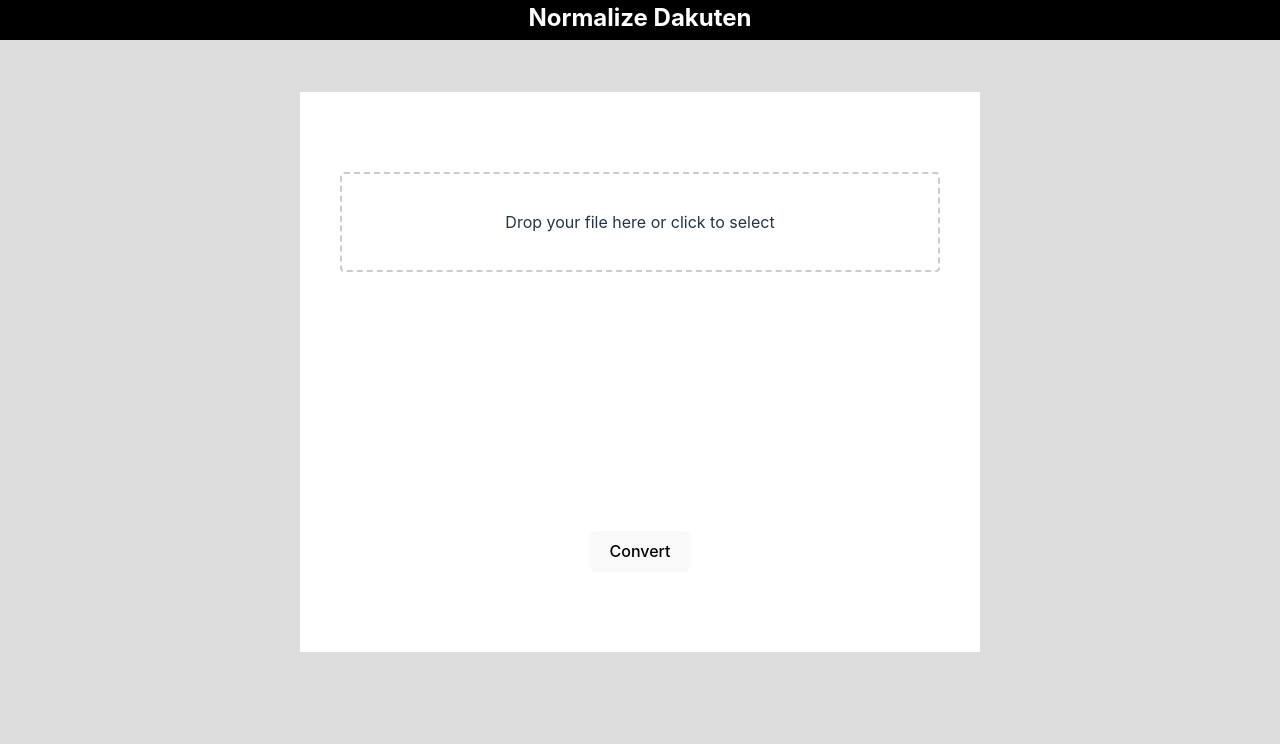
Repository: CatHandsService/normalize_dakuten
Page: / (app in front/)
The author's editor kept a copy of each file at every save. The page is drawn from the files as they stood at one save, then again after the next save.
The browser window is 1280 px wide. The pictures show the whole page.
The project was rebuilt for these pictures with package versions that can differ from the ones it lists, and the page was loaded fresh each time. Also part of the build but not shown: front/vite.config.ts.

Above is the page before, as saved 2024-01-27 16:17:58.

### front/src/App.tsx
import './App.css'
import { Header } from "./components/Header"
import { ImportFile } from "./components/ImportFile"
import { Convert } from "./components/Convert"

function App() {

  return (
    <div className="main">
      <Header />
      <div className="container">
        <ImportFile />
        <Convert />
      </div>
    </div>
  )
}

export default App

### front/src/App.css
#root {
  max-width: 1280px;
  margin: 0 auto;
  padding: 2rem;
  text-align: center;
}

body {
  background-color: #ddd;
}

.header {
  width: 100%;
  height: 40px;
  background-color: #000;
  color: #fff;
  font-size: 24px;
  font-weight: bold;
  text-align: center;
  position: fixed;
  left: 0;
  top: 0;
}
.container {
  width: 600px;
  height: 400px;
  margin: 60px auto;
  padding: 80px 40px;
  background-color: #fff;
  display: flex;
  flex-direction: column;
  justify-content: space-between;
}

.inputField {
  width: 400px;
  height: 300px;
}
.hr {
  width: 100%;
  border: 1px solid #ddd;
  border-color: #ddd;
}

### front/src/components/Header.tsx
import '../App.css'

export const Header = () => {
  return (
    <div className="header">
      Normalize Dakuten
    </div>
  )
}

### front/src/components/ImportFile.tsx
import '../App.css'
import React, { useCallback, useState } from 'react';
import { useDropzone } from 'react-dropzone';

export const ImportFile = () => {
  const [selectedFile, setSelectedFile] = useState<File | null>(null);
  const [fileName, setFileName] = useState<string>('');

  const onDrop = useCallback((acceptedFiles: File[]) => {
    // ファイルが選択された時の処理
    const file = acceptedFiles[0];
    setSelectedFile(file);
    setFileName(file.name);

    // エクセルで取り扱えるファイルかどうかのバリデーションを実行
    if (validateFile(file)) {
      // バリデーションが通れば、ここで必要な処理を実行
      console.log('The file is a file that can be handled by Excel.');
    } else {
      // バリデーションが通らない場合はエラーメッセージを表示などの処理を実行
      console.error('This file cannot be handled by Excel.');
      setSelectedFile(null);
      setFileName('');
    }
  }, []);

  const validateFile = (file: File): boolean => {
    // エクセルで取り扱えるかのバリデーションロジックをここに実装
    // 例として、拡張子がxlsxの場合にtrueを返すものとします
    return file.name.toLowerCase().endsWith('.xlsx');
  };

  const { getRootProps, getInputProps } = useDropzone({
    onDrop,
    multiple: false, // 一度に複数のファイルを選択できないようにする
    accept: '.xlsx', // 受け入れるファイルの種類を指定
  });

  return (
    <div>
      <div {...getRootProps()} style={dropzoneStyles}>
        <input className='inputField' {...getInputProps()} />
        <p>Drop your file here or click to select</p>
      </div>
      {selectedFile && (
        <div>
          <p>selected file : {fileName}</p>
        </div>
      )}
    </div>
  );
};

const dropzoneStyles: React.CSSProperties = {
  border: '2px dashed #cccccc',
  borderRadius: '4px',
  padding: '20px',
  textAlign: 'center',
  cursor: 'pointer',
};

### front/src/components/Convert.tsx
import '../App.css'

export const Convert = () => {
  return (
    <div>
      <button className="convert">Convert</button>
    </div>
  )
}

Loaded but not shown: front/index.html (common file); front/src/main.tsx (common file); front/src/index.css (common file)

After the next save:
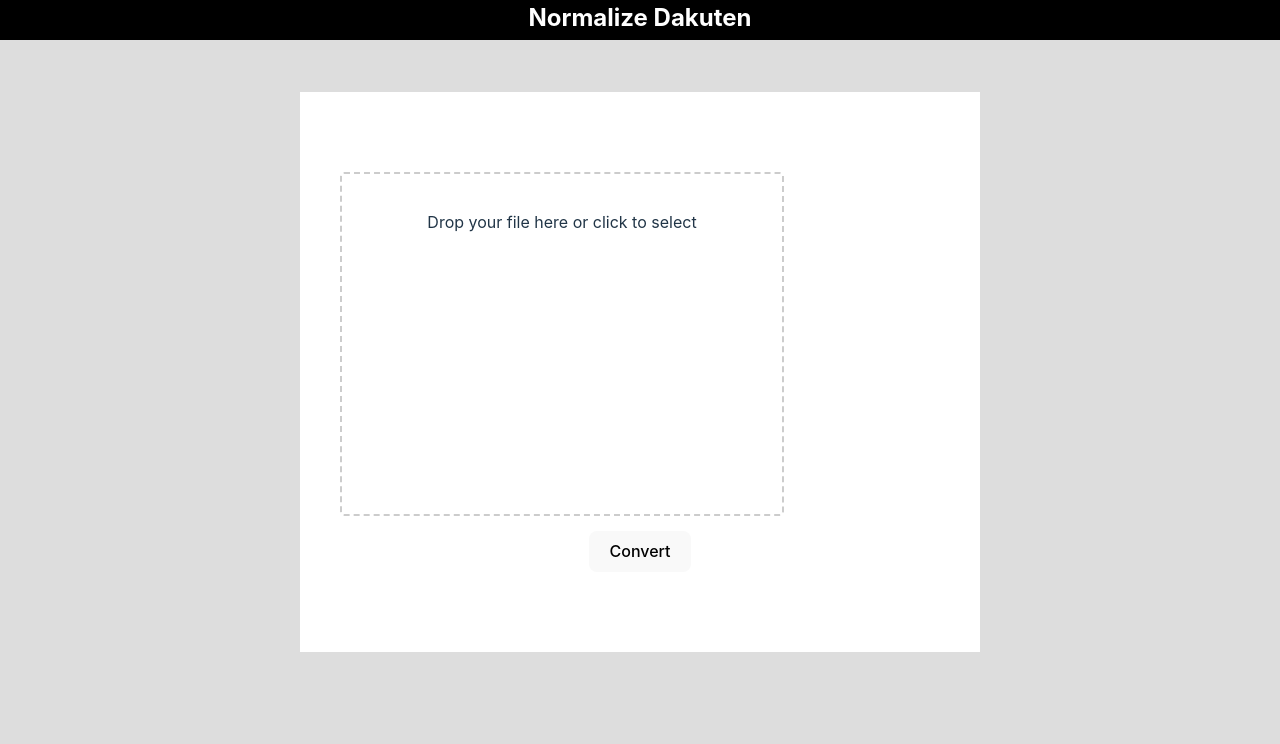
Saved 70 s later.
--- a/front/src/components/ImportFile.tsx
+++ b/front/src/components/ImportFile.tsx
@@ -52,6 +52,8 @@ export const ImportFile = () => {
 };
 
 const dropzoneStyles: React.CSSProperties = {
+  width: '400px',
+  height: '300px',
   border: '2px dashed #cccccc',
   borderRadius: '4px',
   padding: '20px',
